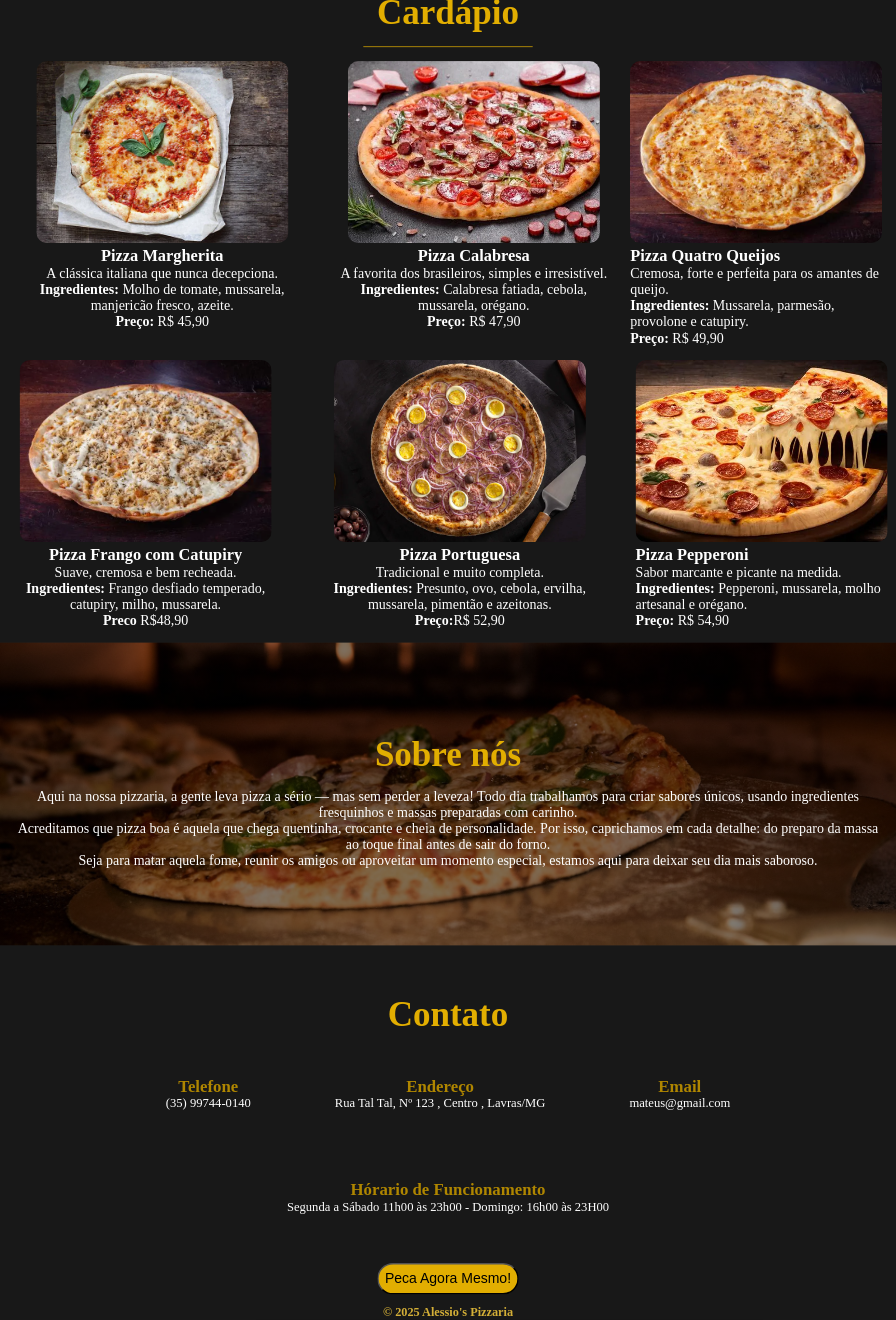
Repository: Mateushlp/landing-page-pizza
Page: index.html
An editor plug-in stored every save of this project. The page is shown before and after the next save, followed by the edit.
The browser window is 1280 px wide. The pictures show the part of the page from y = 1026 to 2946 px (the page is 2911 px tall before and 2946 px after), at 70% of full size.

Above is the page before, as saved 2026-05-03 11:40:07.

After the next save:
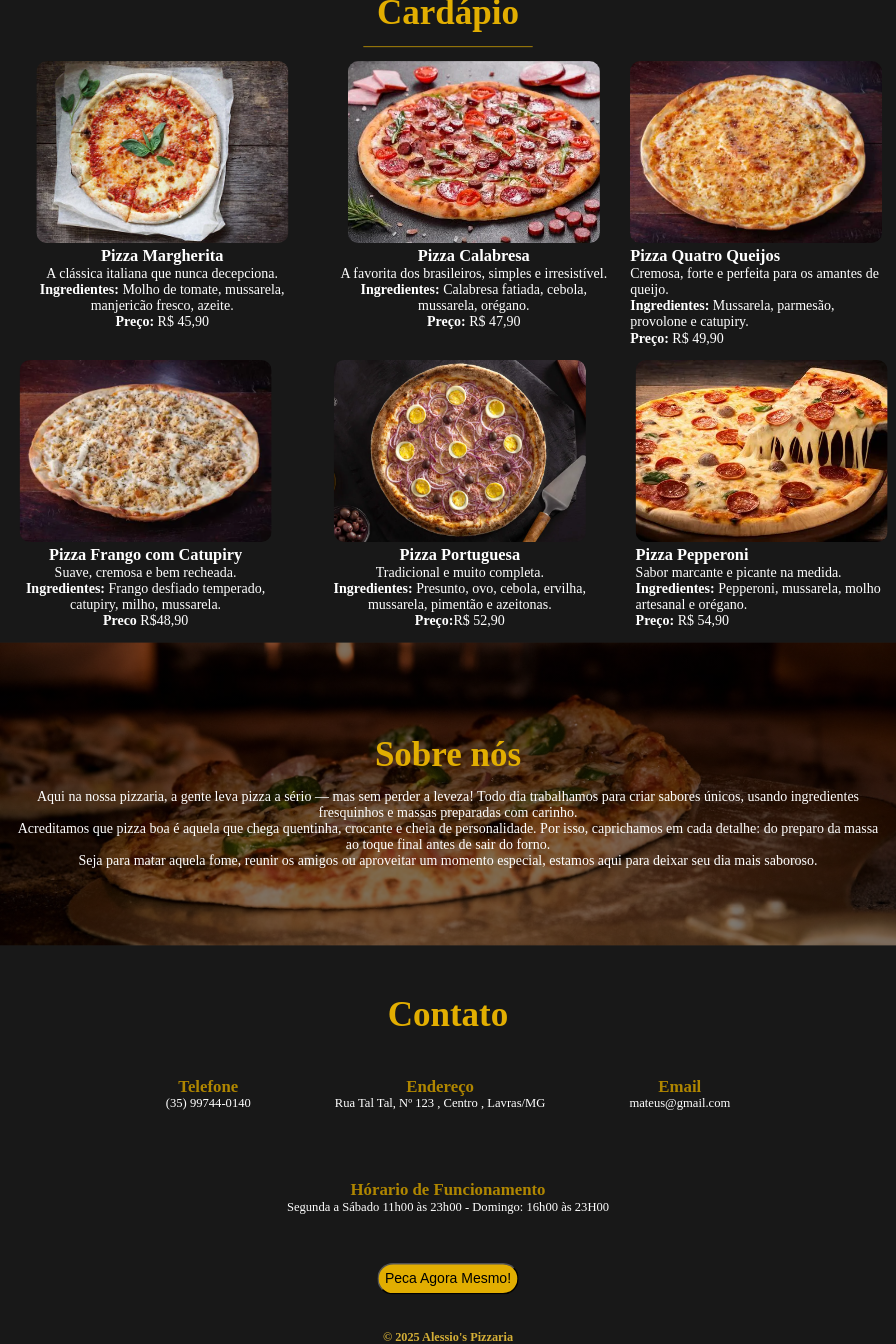
Saved 4 s later.
--- a/style.css
+++ b/style.css
@@ -186,7 +186,7 @@ color: #e2ae01;
      background-color: #e2ae01;
  border-radius: 30px;
  font-size: 20px;
- margin-bottom: 15px;
+ margin-bottom: 50px;
  padding: 9px;
  cursor:pointer;
 
